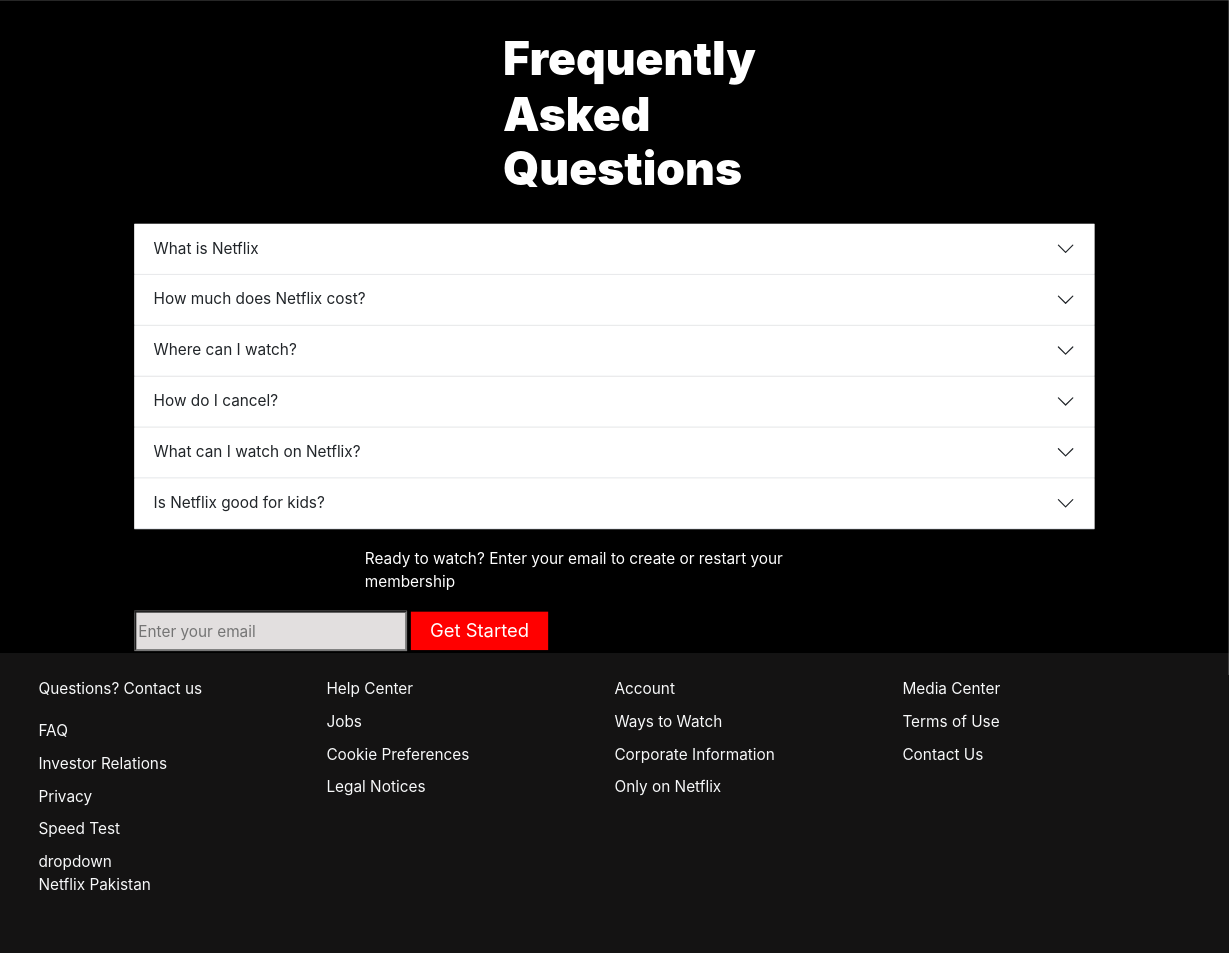
Repository: WajihaGul/Netflix-Clone
Page: /
The author's editor kept a copy of each file at every save. The page is drawn from the files as they stood at one save, then again after the next save.
The browser window is 1280 px wide. The pictures show the part of the page from y = 621 to 1614 px (the page is 1614 px tall), at 96% of full size.
The project was rebuilt for these pictures with package versions that can differ from the ones it lists, and the page was loaded fresh each time. Also part of the build but not shown: src/App.css.

Above is the page before, as saved 2024-05-24 16:05:03.

After the next save:
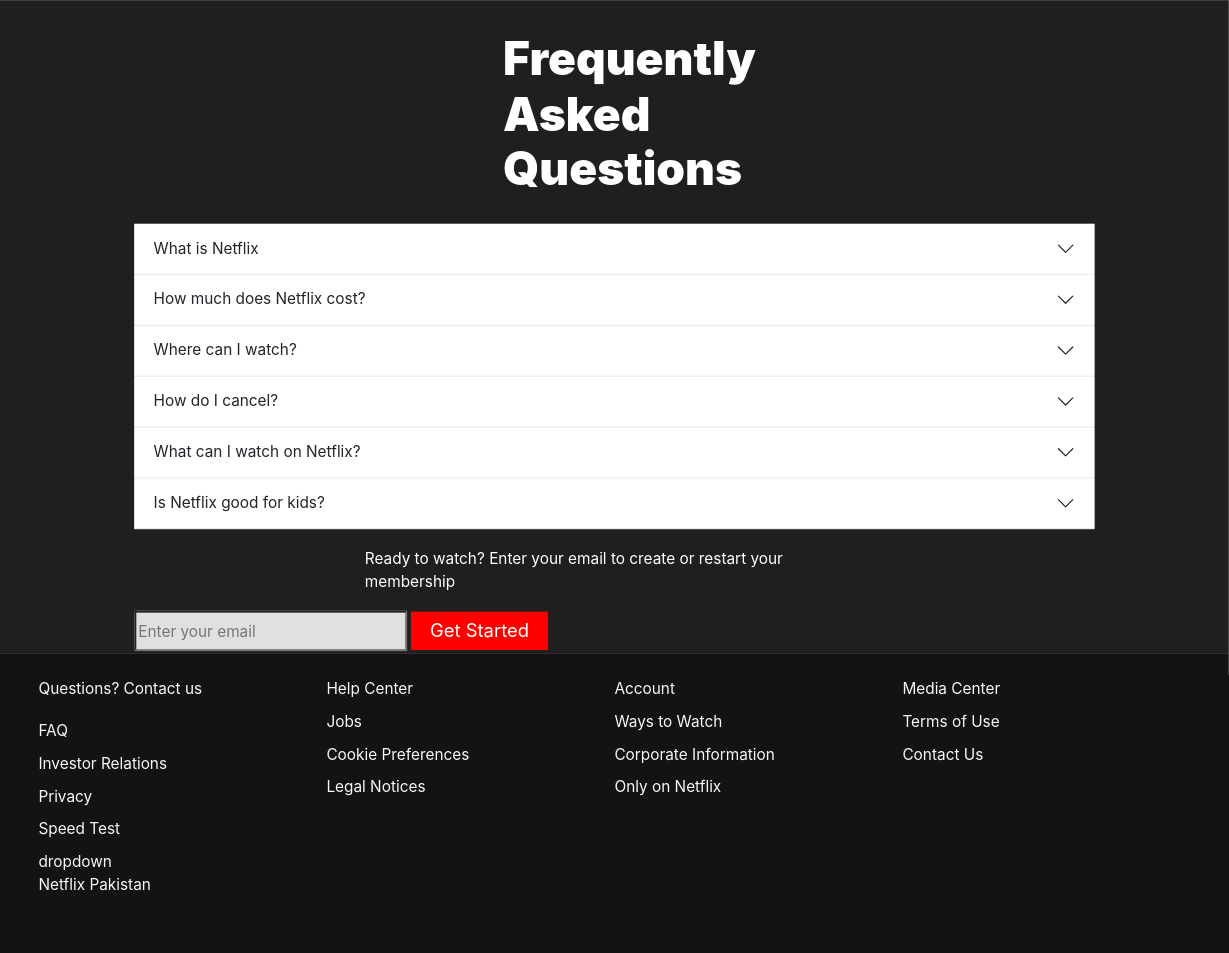
Saved 42 s later.
--- a/src/Components/FAQs/FAQs.module.css
+++ b/src/Components/FAQs/FAQs.module.css
@@ -1,5 +1,5 @@
 .parentdiv{
-   background:black;
+   background:#000000e0;
 }
 .container{
    width:1000px;
